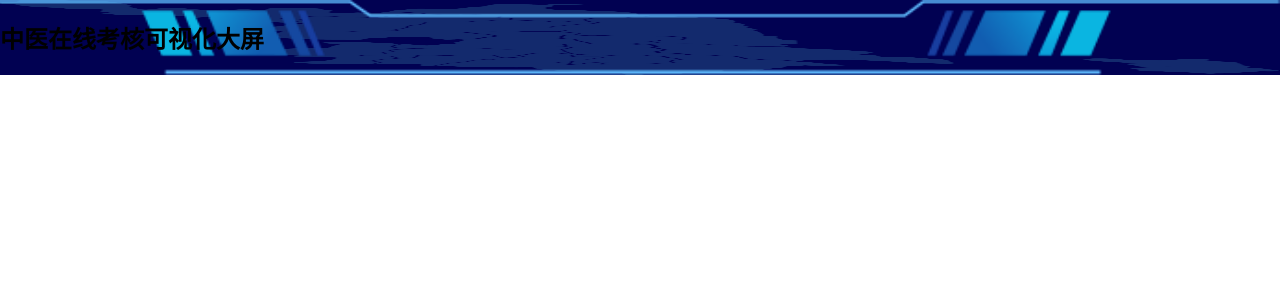
Repository: krislorem/medicine-online-datascreen-vue
Page: /
An editor plug-in stored every save of this project. The page is shown before and after the next save, followed by the edit.
The browser window is 1280 px wide. The pictures show the whole page.
The project was rebuilt for these pictures with package versions that can differ from the ones it lists, and the page was loaded fresh each time. Also part of the build but not shown: vite.config.ts.

Above is the page before, as saved 2024-12-04 11:35:40.
Console error (its wording comes from the project's code and is left out).

### src/main.ts
import './assets/main.css'

import { createApp } from 'vue'
import { createPinia } from 'pinia'
import ElementPlus from 'element-plus'
import 'element-plus/dist/index.css'
import App from './App.vue'
import router from './router'

const app = createApp(App)

app.use(createPinia())
app.use(router)
app.use(ElementPlus)
app.mount('#app')

### src/assets/main.css
body, html {
  width: 100%;
  height: 100%;
  overflow: hidden;
  margin: 0;
  padding: 0;
  width: 100vw;
  height: 100vh
}

#app {
  width: 100%;
  height: 100%
}

### src/App.vue
<template>
  <div>
    <RouterView></RouterView>
  </div>
</template>

<script setup lang="ts">

</script>

<style scoped>
</style>

### src/views/HomeView.vue
<template>
  <div class="home">
    <nav>
      <h1>中医在线考核可视化大屏</h1>
    </nav>
    <div class="mid-bar"></div>
    <div id="all-info"></div>
  </div>
</template>

<style scoped>
.home {
  background: #010152 url(/ditu.png) 50% no-repeat;
  background-size: 100% 100%;
}

.home nav {
  background-image: url(/nav.png);
  background-size: 100% 100%;
  background-repeat: no-repeat;
  overflow: hidden;
  display: -webkit-box;
  display: -ms-flexbox;
  display: flex;
  -webkit-box-align: center;
  -ms-flex-align: center;
  align-items: center;
}
</style>
<script setup lang="ts">
import * as echarts from 'echarts';
import { onMounted } from 'vue'
const labelOption = {
  show: true,
  position: 'insideBottom',
  distance: 15,
  align: 'left',
  verticalAlign: 'middle',
  rotate: 90,
  formatter: '{c}  {name|{a}}',
  fontSize: 16,
  rich: {
    name: {}
  }
};
const option = {
  tooltip: {
    trigger: 'axis',
    axisPointer: {
      type: 'shadow'
    }
  },
  legend: {
    data: ['Forest', 'Steppe', 'Desert', 'Wetland']
  },
  xAxis: [
    {
      type: 'category',
      axisTick: { show: false },
      data: ['2012', '2013', '2014', '2015', '2016']
    }
  ],
  yAxis: [
    {
      type: 'value'
    }
  ],
  series: [
    {
      name: 'Forest',
      type: 'bar',
      barGap: 0,
      label: labelOption,
      emphasis: {
        focus: 'series'
      },
      data: [320, 332, 301, 334, 390]
    },
    {
      name: 'Steppe',
      type: 'bar',
      label: labelOption,
      emphasis: {
        focus: 'series'
      },
      data: [220, 182, 191, 234, 290]
    },
    {
      name: 'Desert',
      type: 'bar',
      label: labelOption,
      emphasis: {
        focus: 'series'
      },
      data: [150, 232, 201, 154, 190]
    },
    {
      name: 'Wetland',
      type: 'bar',
      label: labelOption,
      emphasis: {
        focus: 'series'
      },
      data: [98, 77, 101, 99, 40]
    }
  ]
};
onMounted(() => {
  let chartDom = document.getElementById('m');
  let myChart = echarts.init(chartDom);
  option && myChart.setOption(option);
})


</script>

Loaded but not shown: index.html (common file); src/router/index.ts (common file)

After the next save:
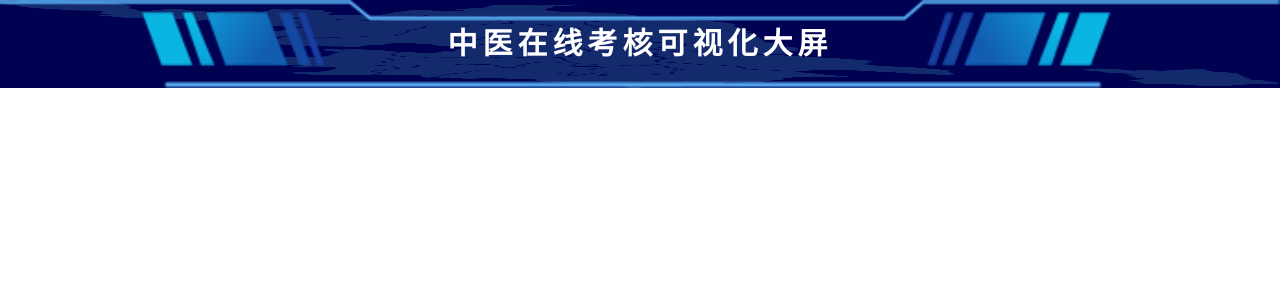
Saved 29 s later.
--- a/src/views/HomeView.vue
+++ b/src/views/HomeView.vue
@@ -25,6 +25,16 @@
   -webkit-box-align: center;
   -ms-flex-align: center;
   align-items: center;
+}
+
+.home nav h1 {
+  font-size: 30px;
+  font-family: PingFangSC-Semibold, PingFang SC;
+  font-weight: 600;
+  color: #fff;
+  line-height: 58px;
+  letter-spacing: 5px;
+  margin: 15px auto;
 }
 </style>
 <script setup lang="ts">
